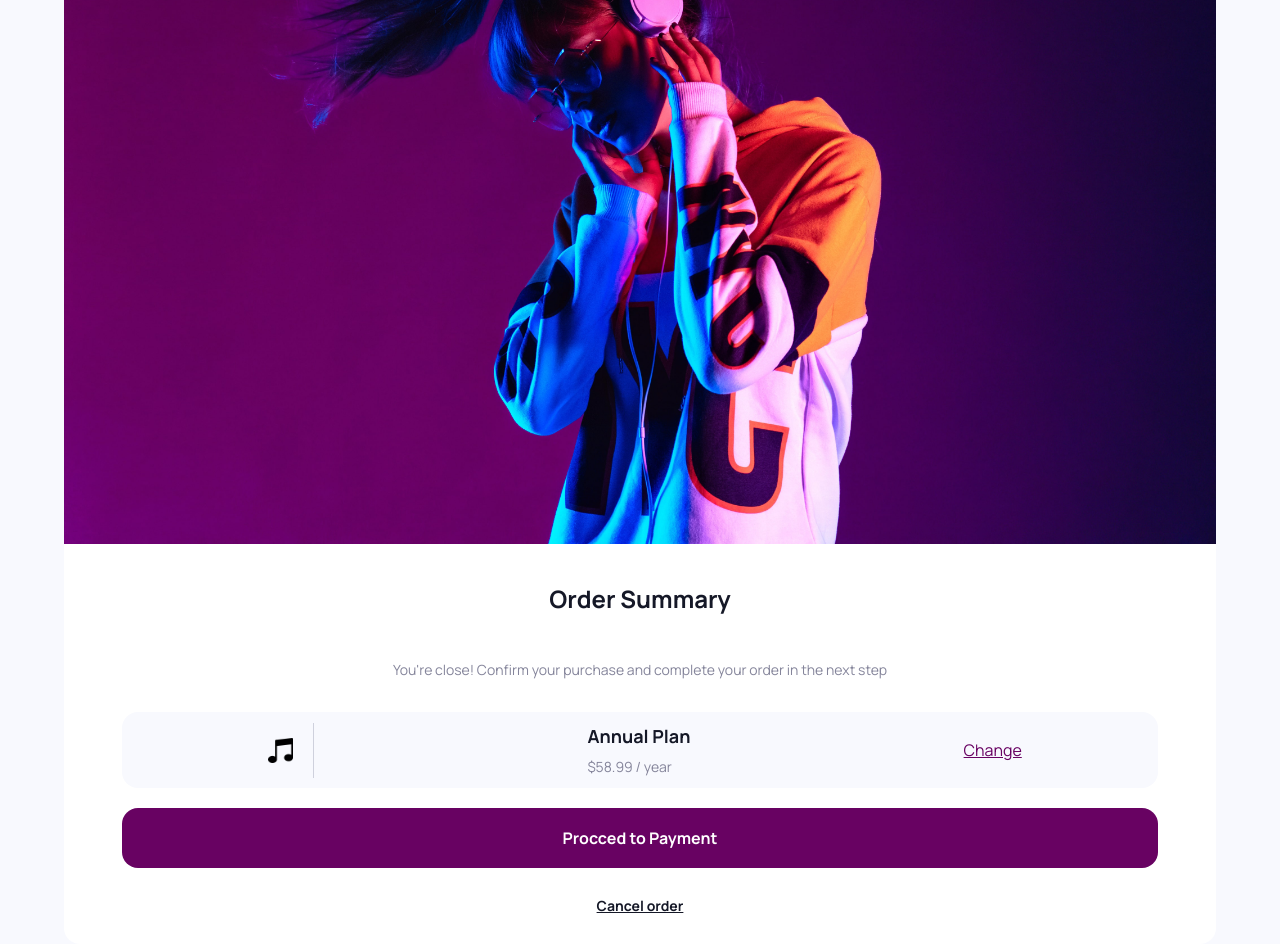
Repository: ssynowiec/INVO-Academy-solution
Page: /
An editor plug-in stored every save of this project. The page is shown before and after the next save, followed by the edit.
The browser window is 1280 px wide. The pictures show the whole page.
The project was rebuilt for these pictures with package versions that can differ from the ones it lists, and the page was loaded fresh each time.

Above is the page before, as saved 2023-03-04 20:28:18.

### index.html
<!DOCTYPE html>
<html lang="en">

<head>
  <meta charset="UTF-8" />
  <link rel="icon" type="image/svg+xml" href="/vite.svg" />
  <meta name="viewport" content="width=device-width, initial-scale=1.0" />
  <title>INVO Academy JS Starter with Vite</title>
</head>

<!-- In order to start your challenge, remove all the content inside <div id="home-page"></div> and start coding :) -->

<body>
  <div id="home-page" class="container">
    <section class="order">
      <img src="/images/girl.jpeg" alt="" class="order-image">
      <h1 class="order-title">Order Summary</h1>
      <p class="order-description">You're close! Confirm your purchase and complete your order in the next step</p>
      <div class="order-summary">
        <img src="/images/music.png" alt="" class="order-icon">
        <div class="product">
          <h2 class="product-name">Annual Plan</h2>
          <p class="product-price">$58.99 / year</p>
        </div>
        <a href="#" class="product-link">Change</a>
      </div>
      <button class="order-button">Procced to Payment</button>
      <a href="#" class="order-link">Cancel order</a>
    </section>
  </div>

  <script type="module" src="/src/global-scripts/main.js"></script>
  <script type="module" src="/src/pages/home-page/scripts/home-page.js"></script>
</body>

</html>

### src/pages/home-page/scripts/home-page.js
/// Homepage JavaScript File
/// Here we import all the JavaScript files we need for our homepage.

import '../styles/home-page.scss';

### src/global-styles/style.scss
/// Main Styles File
/// Here we import all the global Styles files we need for our project.

@import 'styles/normalize.scss';
@import 'styles/root.scss';
@import 'styles/fonts.scss';

body {
	font-family: 'Manrope', sans-serif;
	color: var(--color-primary);
	background-color: var(--color-background);
	display: flex;
	justify-content: center;
	align-items: center;
	height: 100vh;
}

p {
	color: var(--color-on-surface);
}

### src/pages/home-page/styles/home-page.scss
/// Homepage Styles File
/// Here we import all the Styles files we need for our Homepage.

.container {
	display: flex;
	justify-content: center;
	align-items: center;
}

.order {
	display: flex;
	flex-direction: column;
	justify-content: between;
	align-items: center;
	width: 90%;
	border-radius: 16px;
	overflow: hidden;
	background-color: var(--color-white);

	&-image {
		width: 100%;
		height: 20%;
		object-fit: cover;
	}

	&-title {
		font-weight: bold;
		padding-top: 25px;
		font-size: 24px;
		color: var(--color-title);
	}

	&-description {
		font-size: 14px;
		padding: 20px;
		color: var(--color-body);
		text-align: center;
	}

	&-summary {
		display: flex;
		justify-content: space-around;
		align-items: center;
		width: 90%;
		border-radius: 16px;
		margin-bottom: 20px;
		background-color: var(--color-background);
	}

	&-icon {
		width: 25px;
		height: 25px;
		padding: 15px 20px 15px 10px;
		border-right: 1px solid var(--color-stroke);
	}

	&-button {
		width: 90%;
		height: 60px;
		padding: 10px;
		border-radius: 16px;
		font-weight: bold;
		font-size: 16px;
		line-height: 160%;
		letter-spacing: -1%;
		border: none;
		background-color: var(--color-primary);
		color: var(--color-white);
		cursor: pointer;

		&:hover {
			background-color: var(--color-primary-hover);
		}
	}

	&-link {
		letter-spacing: -1%;
		padding: 30px 0;
		font-size: 14px;
		font-weight: bold;
		color: var(--color-title);
	}
}

.product {
	color: var(--color-title);

	&-name {
		font-size: 18px;
		line-height: 18px;
		font-weight: bold;
	}

	&-price {
		font-weight: medium;
		font-size: 14px;
		line-height: 14px;
		color: var(--color-body);
	}

	&-link {
		color: var(--color-primary);
		font-size: 16px;
		line-height: 160%;
	}
}

@media (min-width: 768px) {
	.order {
	}
}

### src/global-styles/styles/root.scss
/// Root Styles file
/// Here we define all the root variables we need for our project.
/// For examples see Material Design color system: https://m2.material.io/design/color/the-color-system.html

:root {
	--color-primary: #680262;
	--color-primary-hover: #490245;
	--color-background: #f8f9fe;
	--color-title: #151827;
	--color-body: #85859b;
	--color-stroke: #cfd1dd;
	--color-white: #ffffff;
}

### src/global-styles/styles/fonts.scss
/// Main Fonts File
/// Here we import all the fonts files we need for our project.

@import url('https://fonts.googleapis.com/css2?family=Manrope:wght@200;300;400;500;600;700;800&display=swap');

Loaded but not shown: src/global-scripts/main.js (common file); src/global-styles/styles/normalize.scss (common file)

After the next save:
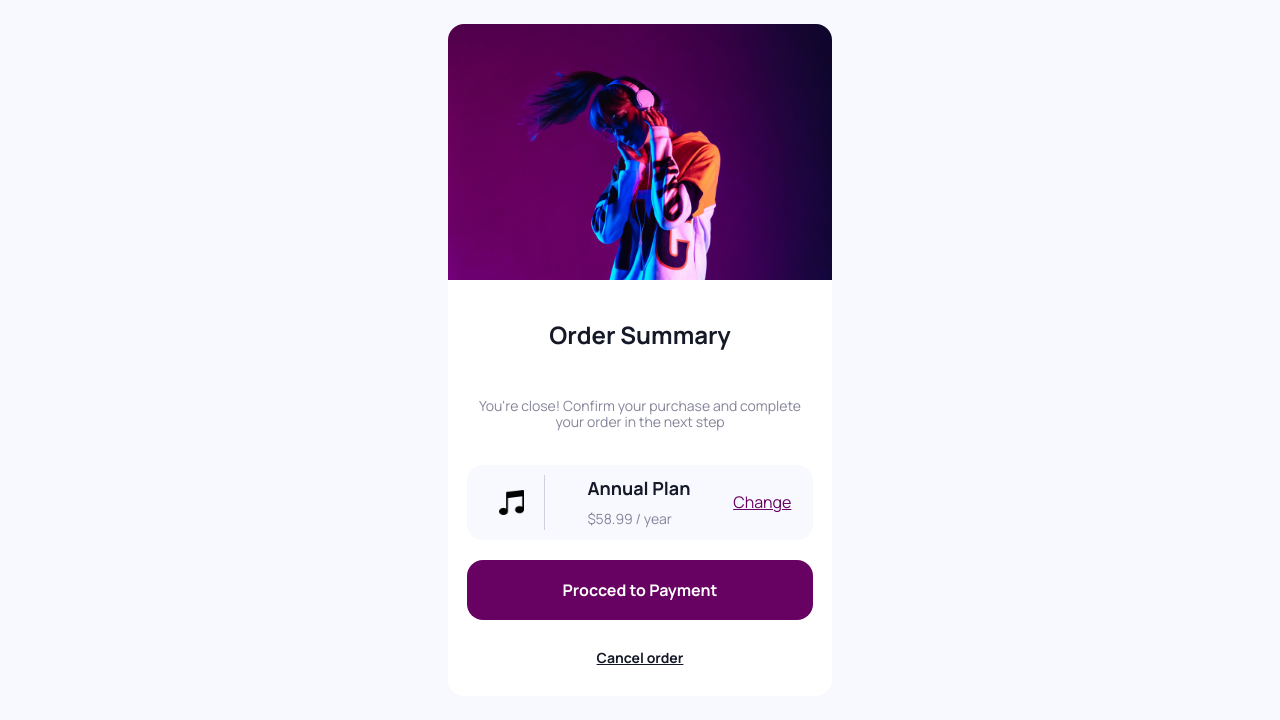
Saved 12 s later.
--- a/src/pages/home-page/styles/home-page.scss
+++ b/src/pages/home-page/styles/home-page.scss
@@ -107,5 +107,6 @@
 
 @media (min-width: 768px) {
 	.order {
+		width: 30%;
 	}
 }
